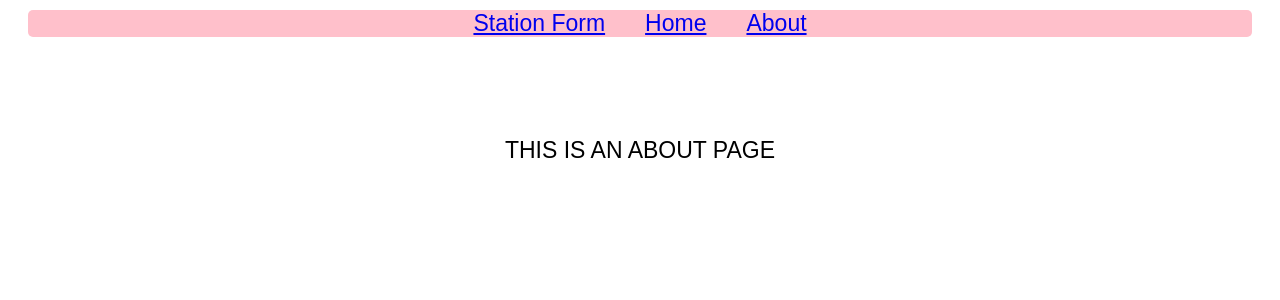
Repository: rutsguifd/mkr2
Page: /#/about
An editor plug-in stored every save of this project. The page is shown before and after the next save, followed by the edit.
The browser window is 1280 px wide. The pictures show the whole page.
The project was rebuilt for these pictures with package versions that can differ from the ones it lists, and the page was loaded fresh each time. Also part of the build but not shown: src/views/Home.vue, src/components/FavoriteTrips.vue, src/components/AddTrip.vue, src/components/TripCard.vue, src/views/StationForm.vue.

Above is the page before, as saved 2021-12-21 22:23:17.

After the next save:
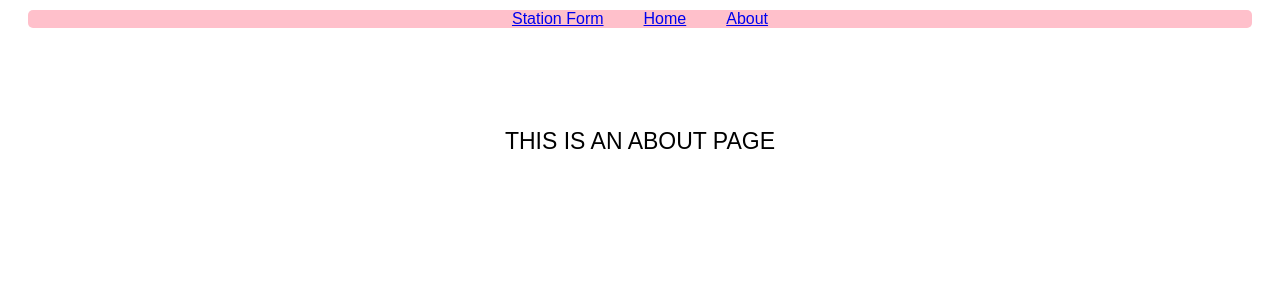
Saved 33 s later.
--- a/src/views/About.vue
+++ b/src/views/About.vue
@@ -1,6 +1,6 @@
 <template>
   <Header />
-  <div>THIS IS AN ABOUT PAGE</div>
+  <div class="tr">THIS IS AN ABOUT PAGE</div>
 </template>
 
 <script>
@@ -21,7 +21,9 @@ export default {
   font-family: "Fira Sans", sans-serif;
 }
 div {
-  font-size: 23px;
+  .tr{
+      font-size: 23px;
+  }
   margin-top: 100px;
   text-align: center;
 }
